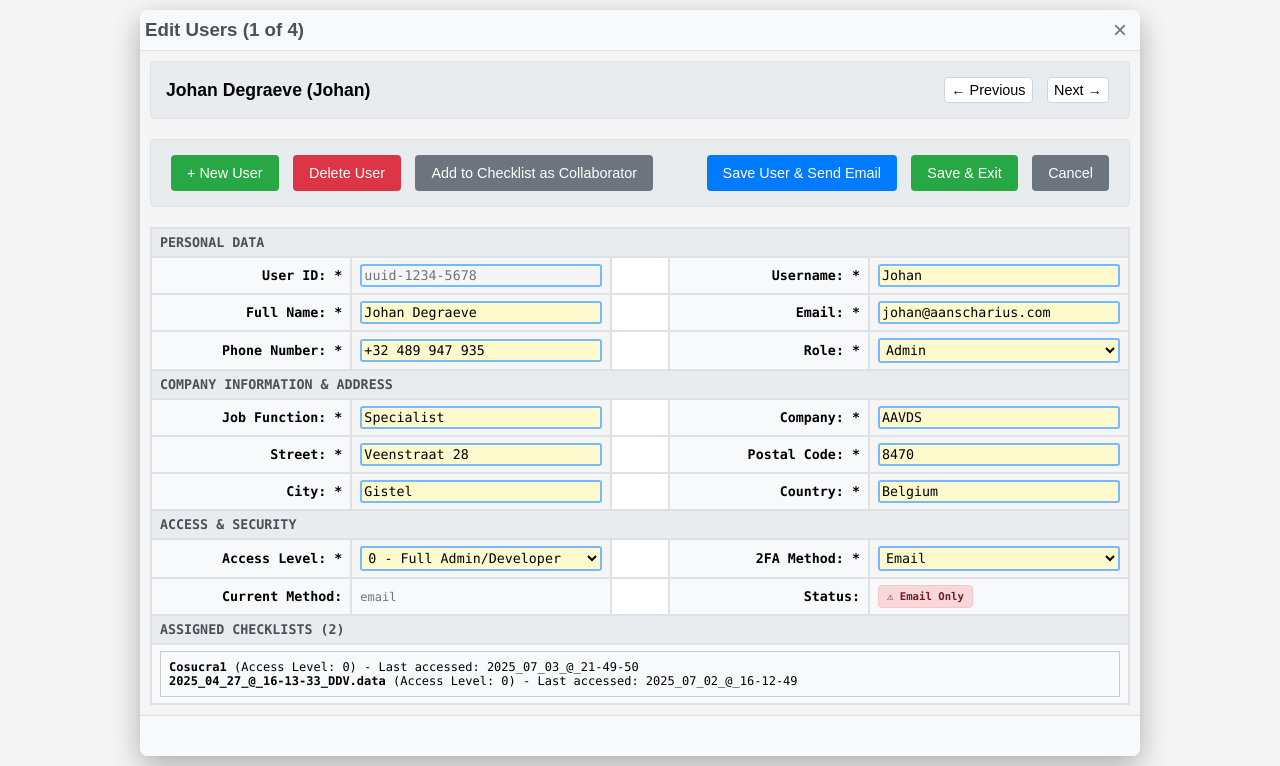
Repository: jeedee23/checklistrepo
Page: checklists/user-management-demo.html
These files come from the project's save history. The page is drawn as it stood at one moment and after the next save; the edit follows.
The browser window is 1280 px wide. The pictures show the whole page.

Above is the page before, as saved 2025-07-04 14:22:08.

### checklists/user-management-demo.html
<!DOCTYPE html>
<html lang="en">
<head>
    <meta charset="UTF-8">
    <meta name="viewport" content="width=device-width, initial-scale=1.0">
    <title>User Management Demo</title>
    <style>
        body {
            font-family: Arial, sans-serif;
            margin: 10px;
            background: #f5f5f5;
        }

        .modal-dialog {
            background: white;
            border-radius: 8px;
            box-shadow: 0 10px 30px rgba(0,0,0,0.3);
            width: 1000px;
            margin: 0 auto;
            overflow: hidden;
            display: flex;
            flex-direction: column;
        }

        .modal-header {
            padding: 5px;
            border-bottom: 1px solid #dee2e6;
            display: flex;
            justify-content: space-between;
            align-items: center;
            background-color: #f8f9fa;
        }

        .modal-header h3 {
            margin: 0;
            color: #495057;
        }

        .close-button {
            background: none;
            border: none;
            font-size: 1.5rem;
            cursor: pointer;
            color: #6c757d;
            padding: 0;
            width: 30px;
            height: 30px;
            display: flex;
            align-items: center;
            justify-content: center;
        }

        .modal-body {
            padding: 10px;
            background: #f5f5f5;
        }

        .user-navigation {
            margin-bottom: 20px;
            padding: 15px;
            background: #e9ecef;
            border-radius: 4px;
            border: 1px solid #dee2e6;
            display: flex;
            justify-content: space-between;
            align-items: center;
        }

        .user-navigation span {
            font-weight: bold;
            font-size: 1.1em;
        }

        .user-navigation button {
            padding: 4px 6px;
            margin: 0 5px;
            border: 1px solid #ced4da;
            border-radius: 4px;
            background: white;
            cursor: pointer;
            font-size: 0.9rem;
        }

        .form-table {
            width: 100%;
            border-collapse: collapse;
            font-family: Consolas, monospace;
            font-size: 10pt;
        }

        .form-table td {
            padding: 6px 8px;
            vertical-align: middle;
            border: 2px solid #dee2e6;
        }

        .section-header {
            font-weight: bold;
            font-size: 10pt;
            background: #e9ecef;
            text-align: left;
            padding: 10px 12px;
            color: #495057;
            border: 1px solid #dee2e6;
            border-bottom: 2px solid #adb5bd;
        }

        .label {
            width: 150px;
            font-weight: bold;
            background: #f8f9fa;
            text-align: right;
            padding-right: 12px;
            white-space: nowrap;
        }

        .input {
            width: 200px;
            padding: 2px;

        }

        .input input,
        .input select {
            width: 100%;
            padding: 2px 2px;
            border: 2px solid #75b9fe;
            border-radius: 3px;
            background: transparent;
            font-family: Consolas, monospace;
            font-size: 10pt;
            box-sizing: border-box;
             background: #FFFACD;
        }

        .input input[readonly] {
            background: transparent;
            color: #6c757d;
            cursor: not-allowed;
        }

        .input-readonly {
            width: 200px;
            padding: 4px 6px;
            background: #f8f9fa;
            color: #6c757d;
            font-family: Consolas, monospace;
            font-size: 9pt;
        }

        .spacer {
            width: 30px;
            background: white;
            border: 1px solid #dee2e6;
        }

        .checklist-cell {
            padding: 8px;
            background: #f8f9fa;
        }

        .checklist-display {
            max-height: 100px;
            overflow-y: auto;
            border: 1px solid #ccc;
            padding: 8px;
            background: #f8f9fa;
            font-family: Consolas, monospace;
            font-size: 9pt;
        }

        .status-badge {
            padding: 4px 8px;
            border-radius: 4px;
            font-size: 8pt;
            font-weight: 600;
            display: inline-block;
        }

        .status-badge.active {
            background: #d4edda;
            color: #155724;
            border: 1px solid #c3e6cb;
        }

        .status-badge.inactive {
            background: #f8d7da;
            color: #721c24;
            border: 1px solid #f5c6cb;
        }

        .modal-footer {
            padding: 20px;
            border-top: 1px solid #dee2e6;
            display: flex;
            justify-content: space-between;
            background-color: #f8f9fa;
        }

        .btn {
            padding: 10px 16px;
            border: none;
            border-radius: 4px;
            cursor: pointer;
            font-size: 0.9rem;
            margin: 0 5px;
        }

        .btn-primary { background-color: #007bff; color: white; }
        .btn-success { background-color: #28a745; color: white; }
        .btn-secondary { background-color: #6c757d; color: white; }
        .btn-danger { background-color: #dc3545; color: white; }
    </style>
</head>
<body>
    <div class="modal-dialog">
        <div class="modal-header">
            <h3>Edit Users (1 of 4)</h3>
            <button class="close-button">×</button>
        </div>

        <div class="modal-body">
            <div class="user-navigation">
                <span>Johan Degraeve (Johan)</span>
                <div>
                    <button>← Previous</button>
                    <button>Next →</button>
                </div>
            </div>

            <!-- Action buttons moved to top -->
            <div style="margin-bottom: 20px; padding: 15px; background: #e9ecef; border-radius: 4px; border: 1px solid #dee2e6; display: flex; justify-content: space-between; align-items: center;">
                <div>
                    <button class="btn btn-success">+ New User</button>
                    <button class="btn btn-danger">Delete User</button>
                    <button class="btn btn-secondary">Add to Checklist as Collaborator</button>
                </div>
                <div>
                    <button class="btn btn-primary">Save User & Send Email</button>
                    <button class="btn btn-success">Save & Exit</button>
                    <button class="btn btn-secondary">Cancel</button>
                </div>
            </div>

            <table class="form-table">
                <!-- PERSONAL DATA Section -->
                <tr>
                    <td colspan="5" class="section-header">PERSONAL DATA</td>
                </tr>
                <tr>
                    <td class="label">User ID: *</td>
                    <td class="input"><input type="text" value="uuid-1234-5678" readonly></td>
                    <td class="spacer">&nbsp;</td>
                    <td class="label">Username: *</td>
                    <td class="input"><input type="text" value="Johan"></td>
                </tr>
                <tr>
                    <td class="label">Full Name: *</td>
                    <td class="input"><input type="text" value="Johan Degraeve"></td>
                    <td class="spacer">&nbsp;</td>
                    <td class="label">Email: *</td>
                    <td class="input"><input type="email" value="johan@aanscharius.com"></td>
                </tr>
                <tr>
                    <td class="label">Phone Number: *</td>
                    <td class="input"><input type="tel" value="+32 489 947 935"></td>
                    <td class="spacer">&nbsp;</td>
                    <td class="label">Role: *</td>
                    <td class="input">
                        <select>
                            <option>User</option>
                            <option selected>Admin</option>
                        </select>
                    </td>
                </tr>

                <!-- COMPANY INFORMATION & ADDRESS Section -->
                <tr>
                    <td colspan="5" class="section-header">COMPANY INFORMATION & ADDRESS</td>
                </tr>
                <tr>
                    <td class="label">Job Function: *</td>
                    <td class="input"><input type="text" value="Specialist"></td>
                    <td class="spacer">&nbsp;</td>
                    <td class="label">Company: *</td>
                    <td class="input"><input type="text" value="AAVDS"></td>
                </tr>
                <tr>
                    <td class="label">Street: *</td>
                    <td class="input"><input type="text" value="Veenstraat 28"></td>
                    <td class="spacer">&nbsp;</td>
                    <td class="label">Postal Code: *</td>
                    <td class="input"><input type="text" value="8470"></td>
                </tr>
                <tr>
                    <td class="label">City: *</td>
                    <td class="input"><input type="text" value="Gistel"></td>
                    <td class="spacer">&nbsp;</td>
                    <td class="label">Country: *</td>
                    <td class="input"><input type="text" value="Belgium"></td>
                </tr>

                <!-- ACCESS & SECURITY (with 2FA) Section -->
                <tr>
                    <td colspan="5" class="section-header">ACCESS & SECURITY</td>
                </tr>
                <tr>
                    <td class="label">Access Level: *</td>
                    <td class="input">
                        <select>
                            <option selected>0 - Full Admin/Developer</option>
                            <option>1 - Full Admin/User Management</option>
                            <option>2 - Admin (no field/user mgmt)</option>
                        </select>
                    </td>
                    <td class="spacer">&nbsp;</td>
                    <td class="label">2FA Method: *</td>
                    <td class="input">
                        <select>
                            <option selected>Email</option>
                            <option>TOTP (Authenticator App)</option>
                            <option>None</option>
                        </select>
                    </td>
                </tr>
                <tr>
                    <td class="label">Current Method:</td>
                    <td class="input-readonly">email</td>
                    <td class="spacer">&nbsp;</td>
                    <td class="label">Status:</td>
                    <td class="input-readonly">
                        <span class="status-badge inactive">⚠ Email Only</span>
                    </td>
                </tr>
                <tr>

                </tr>

                <!-- ASSIGNED CHECKLISTS Section -->
                <tr>
                    <td colspan="5" class="section-header">ASSIGNED CHECKLISTS (2)</td>
                </tr>
                <tr>
                    <td colspan="5" class="checklist-cell">
                        <div class="checklist-display">
                            <div><strong>Cosucra1</strong> (Access Level: 0) - Last accessed: 2025_07_03_@_21-49-50</div>
                            <div><strong>2025_04_27_@_16-13-33_DDV.data</strong> (Access Level: 0) - Last accessed: 2025_07_02_@_16-12-49</div>
                        </div>
                    </td>
                </tr>
            </table>
        </div>

        <div class="modal-footer">
            <!-- Footer kept minimal or can be removed since buttons are now at top -->
        </div>
    </div>
</body>
</html>

After the next save:
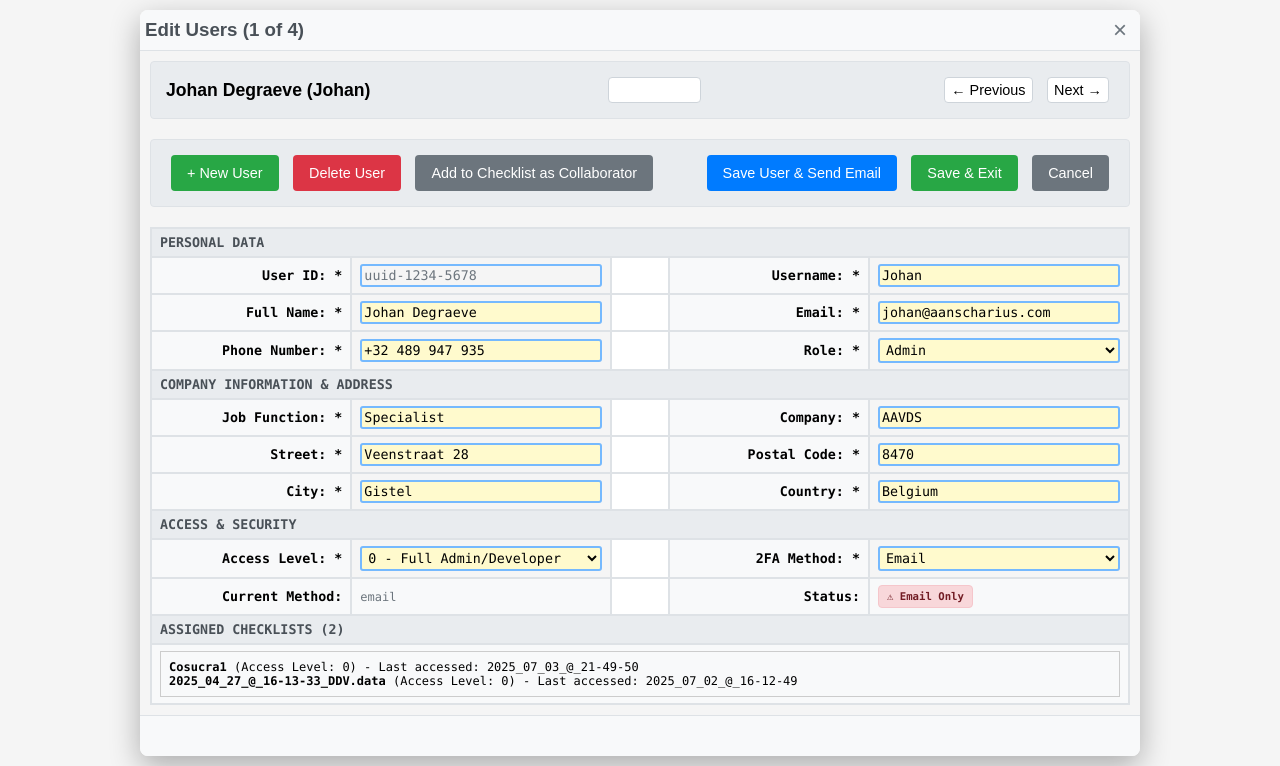
Saved 26 s later.
--- a/checklists/user-management-demo.html
+++ b/checklists/user-management-demo.html
@@ -222,6 +222,9 @@
         <div class="modal-body">
             <div class="user-navigation">
                 <span>Johan Degraeve (Johan)</span>
+                <td colspan="5" style="text-align: center; padding: 12px; border: 1px solid #dee2e6;">
+                        <button class="btn btn-secondary">Setup TOTP</button>
+                    </td>
                 <div>
                     <button>← Previous</button>
                     <button>Next →</button>
